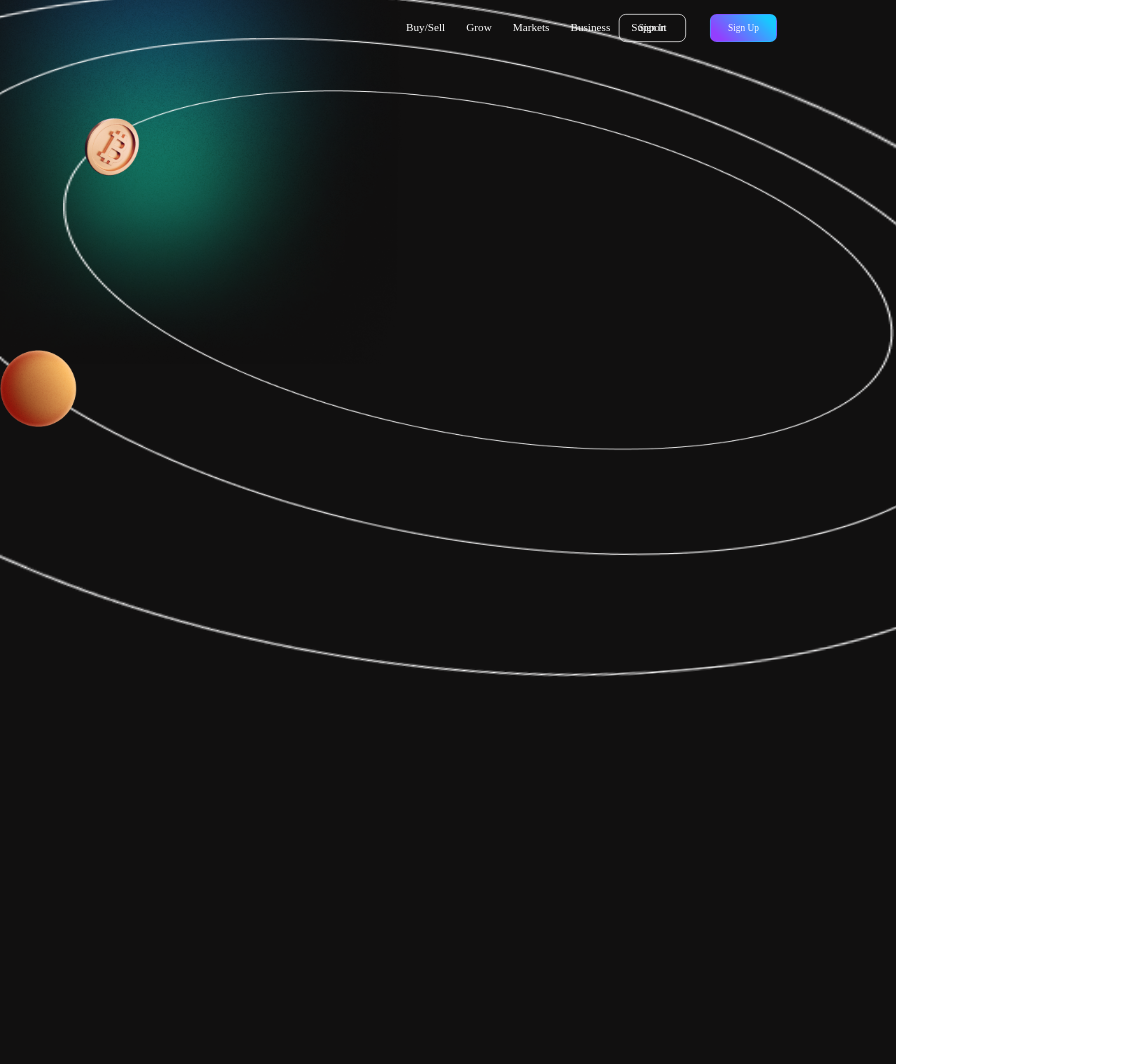
Repository: isaacCodes1/My-Crypto-Website
Page: index.html
These files come from the project's save history. The page is drawn as it stood at one moment and after the next save; the edit follows.
The browser window is 1280 px wide. The page is 1625 px wide, so the pictures cover 1625 px, including what lies to the right of the window. The pictures show the part of the page from y = 0 to 1520 px (the page is 7200 px tall), at 70% of full size.

Above is the page before, as saved 2024-05-16 10:40:47.

After the next save:
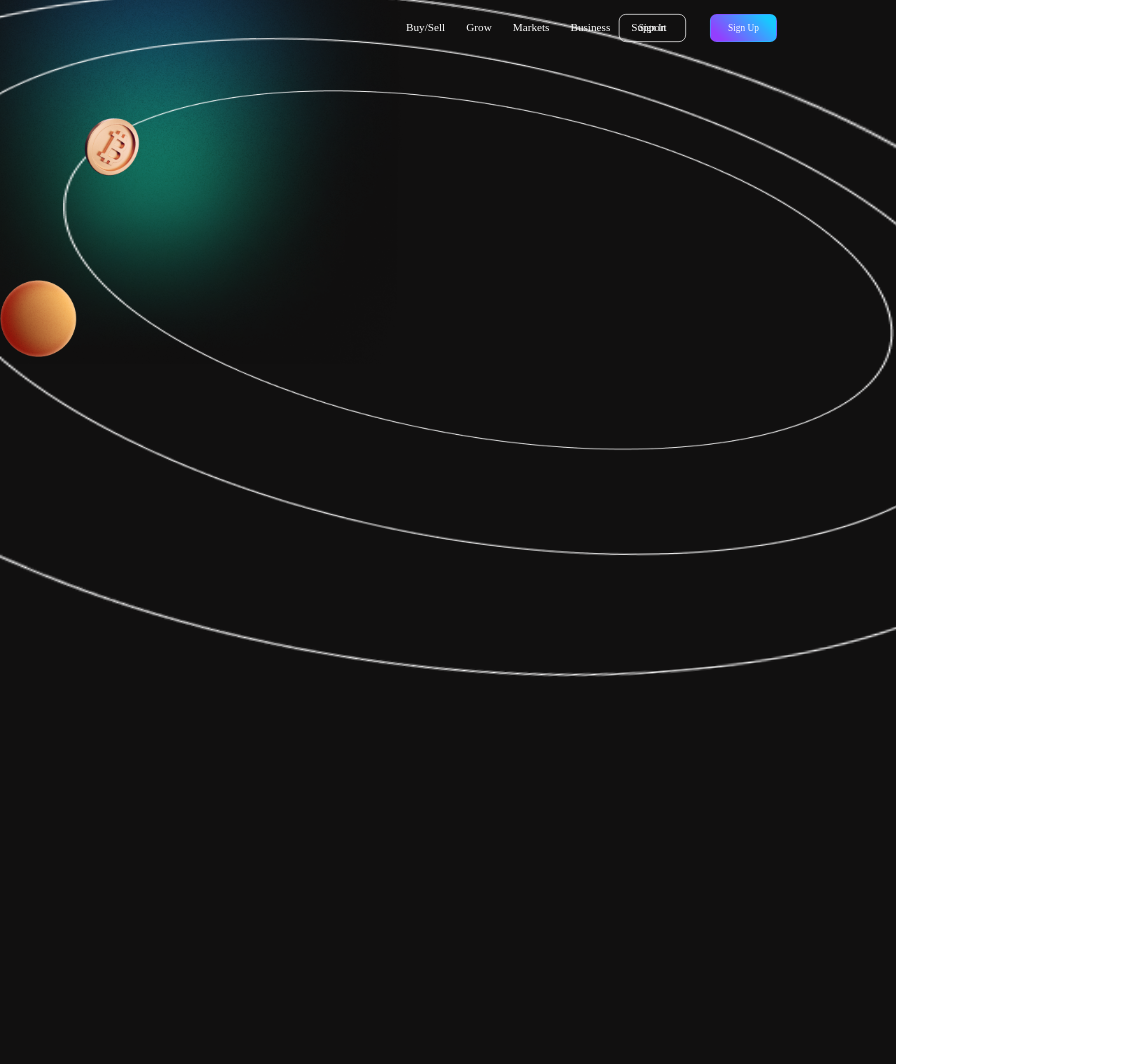
Saved 4 s later.
--- a/style.css
+++ b/style.css
@@ -97,5 +97,5 @@
 }
 #orange{
     position: absolute;
-    top: 500px;
+    top: 400px;
 }
